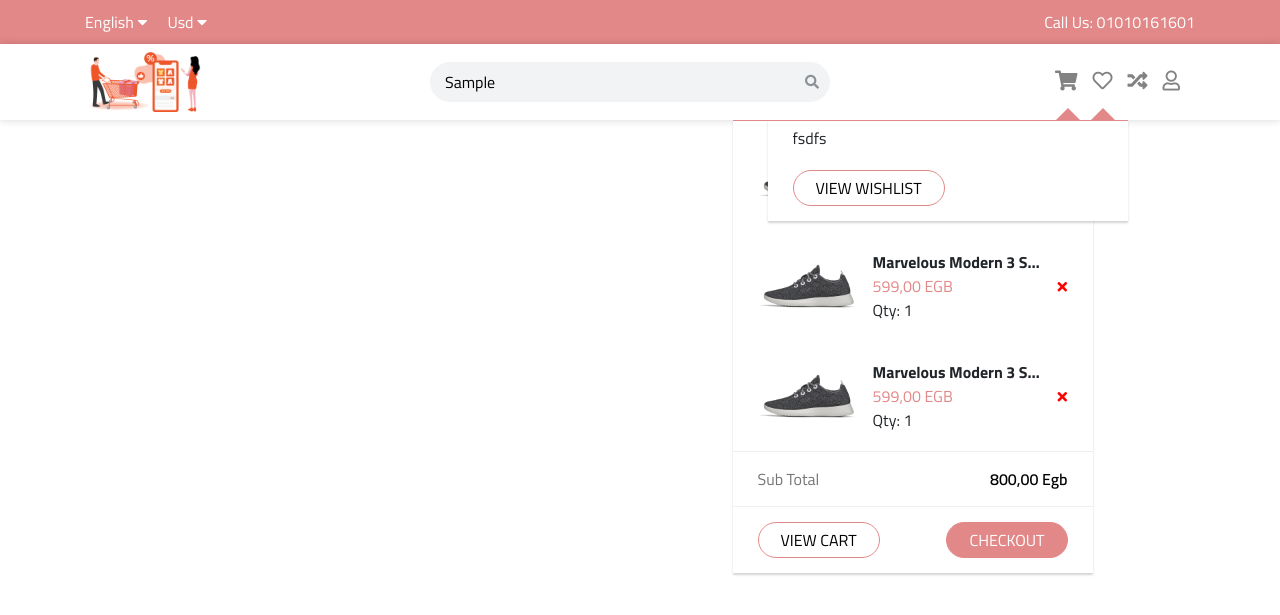
Repository: amrh20/ecommerce-temp
Page: src/index.html
An editor plug-in stored every save of this project. The page is shown before and after the next save, followed by the edit.
The browser window is 1280 px wide. The pictures show the whole page.
Empty fields were first filled with sample values (such as "Sample", 5 or name@example.com).
After loading, the first visible `div.icon_head` was clicked once.
The style sheet was rebuilt from its Sass, Less or Tailwind sources for each picture, by a compiler version that may differ from the author's.

Above is the page before, as saved 2020-01-19 10:32:16.

### src/index.html
<!DOCTYPE html>
<html lang="en" dir="ltr">

<head>
  <!-- Mobile specific metas===========================-->
  <meta charset="UTF-8">
  <meta name="viewport" content="width=device-width, initial-scale=1.0">
  <meta http-equiv="X-UA-Compatible" content="ie=edge">
  <!-- Basic page needs===========================-->
  <title>template</title>
  <!-- Favicon===========================-->
  <!-- <link rel="shortcut icon" type="image/x-icon" href="./images/fave-icon.png"> -->
  <!-- Css Base And Vendor ===========================-->
  <link rel="stylesheet" href="./vendors/bootstrap-4/css/bootstrap.min.css">
  <link rel="stylesheet" href="./vendors/fontawesome5.2/css/all.min.css">
  <link rel="stylesheet" href="./vendors/slickslider/slick.css">
  <!-- Site Style===========================-->
  <link rel="stylesheet" href="./styles/main.css">
  <!--[if lt IE 9]>
            <script src="https://oss.maxcdn.com/html5shiv/3.7.2/html5shiv.min.js"></script>
            <script src="https://oss.maxcdn.com/respond/1.4.2/respond.min.js"></script>
        <![endif]-->
</head>

<body>
  <div class="wrapper">
    <div class="body_overlay">
    <!-- start header -->
    <header>
      <div class="header">
        <!-- start top header -->
        <div class="top_header">
          <div class="container">
           <div class="top-header_content">
             <!-- dropdowns -->
            <div class="top_header-dropdowns">
              <!-- start language dropdown -->
              <div class="langauge-dropdown">
                <div class="top_header-dropdown-head">
                  <span>english</span>
                  <i class="fas fa-caret-down"></i>
                  <div class="top_header-dropdown-content">
                    <ul>
                      <li>english</li>
                      <li>french</li>
                    </ul>
                  </div>
                </div>

              </div><!-- end language dropdown -->

              <!-- start currency dropdown -->
              <div class="currency-dropdown">
                <div class="top_header-dropdown-head">
                  <span>usd</span>
                  <i class="fas fa-caret-down"></i>
                  <div class="top_header-dropdown-content">
                    <ul>
                      <li>egb</li>
                      <li>usd</li>
                    </ul>
                  </div>
                </div>

              </div><!-- end currency dropdown -->
            </div>
            <!-- contact -->
            <div class="top_header-contact">
              <p>Call Us: 01010161601</p>
            </div>

           </div>


          </div>
        </div><!-- end top header -->
        <!-- start middle haeder -->
        <div class="mid_header">
          <div class="container">
            <div class="mid_header-content">
              <!-- logo -->
              <div class="logo">
                <img src="./images/logo.png" alt="logo">
              </div>
              <!-- search -->
              <div class="search">
                <input type="text" placeholder="search">
                <i class="fas fa-search"></i>
              </div>
              <!-- icons -->
              <div class="icons">
                <div class="icon">
                  <div class="icon_head">
                    <i class="fas fa-shopping-cart"></i>
                  </div>

                  <div class="icon_Allcontent">
                    <div class="icon_details">
                      <div class="icon_content">
                        <div class="product_img">
                          <img src="./images/product-cart.png" alt="">
                        </div>
                        <div class="product_details">
                          <p class="product_name">Marvelous Modern 3 Seater</p>
                          <p class="product_price"> 599,00 <span>egb</span> </p>
                          <p>Qty: <span>1</span></p>
                        </div>
                        <div class="delete_product">
                          <i class="fa fa-times"></i>
                        </div>
                      </div>
                      <div class="icon_content">
                        <div class="product_img">
                          <img src="./images/product-cart.png" alt="">
                        </div>
                        <div class="product_details">
                          <p class="product_name">Marvelous Modern 3 Seater</p>
                          <p class="product_price"> 599,00 <span>egb</span> </p>
                          <p>Qty: <span>1</span></p>
                        </div>
                        <div class="delete_product">
                          <i class="fa fa-times"></i>
                        </div>
                      </div>
                        <div class="icon_content">
                        <div class="product_img">
                          <img src="./images/product-cart.png" alt="">
                        </div>
                        <div class="product_details">
                          <p class="product_name">Marvelous Modern 3 Seater</p>
                          <p class="product_price"> 599,00 <span>egb</span> </p>
                          <p>Qty: <span>1</span></p>
                        </div>
                        <div class="delete_product">
                          <i class="fa fa-times"></i>
                        </div>
                      </div>
                    </div>


                    <div class="icon_content-overlay">
                    </div>
                    <div class="total_price">
                      <span>sub total</span>
                      <span>800,00 egb</span>
                    </div>
                    <div class="cart_btns">
                      <button class="temp_button">view cart</button>
                      <button class="temp_button checkout_btn">checkout</button>
                    </div>
                  </div>

                </div>
                <div class="icon">
                  <div class="icon_head">
                    <i class="far fa-heart"></i>
                  </div>

                  <div class="icon_Allcontent">
                    <div class="icon_details">
                      <div class="icon_content">
                      fsdfs
                      </div>

                    </div>


                    <div class="icon_content-overlay">
                    </div>

                    <div class="cart_btns">
                      <button class="temp_button">view wishlist</button>

                    </div>
                  </div>
                </div>
                <div class="icon">
                  <i class="fa fa-random"></i>
                </div>
               <div class="icon">
                <i class="far fa-user"></i>
               </div>

              </div>
            </div>
          </div>
        </div>
        <!-- end middle haeder -->
      </div>
    </header><!-- end header -->
    </div>
  </div>

  </div>
  <!--Scripts Plugins========================-->
  <script src="./vendors/jquery/jquery-3.3.1.min.js"></script>
  <script src="./vendors/bootstrap-4/js/bootstrap.min.js"></script>
  <!-- Custom js ====================-->
  <script src="scripts/app.js"></script>
</body>

</html>

### src/scripts/app.js
$( document ).ready(function() {
    $(".icon_head").click(function(){
        $(".icon_Allcontent").toggleClass("showcontent")
    })
});


var allButtons = document.querySelectorAll('.icon_head');
console.log("Found", allButtons.length, "div which class starts with “button”.");

for (var i = 0; i < allButtons.length; i++) {
  allButtons[i].addEventListener('click', function() {
    console.clear();
    console.log("You clicked:", this.innerHTML);
  });
}

### src/styles/main.scss
/* imports sass files
========================*/
@import "../styles/variables.scss";
@import "../styles/buttons.scss";
@import "../styles/forms.scss";
@import "../styles/header.scss";
@import "../styles/base.scss";
@import "../styles/general.scss";

### src/styles/variables.scss
/* our sass varaibles
========================*/
$main-color :#e38888;
$second-color :#222222;
$icons-color :#828282;
$white: #fff;
$black : #000;
$top-header-hover :#e5e5e5;

### src/styles/buttons.scss
@import "../styles/variables.scss";

/* Buttons
==================================*/

### src/styles/forms.scss
@import "../styles/variables.scss";

/* forms
==============================*/
.form-control {
  height: 5rem;
  border: 2px solid transparent;
  border-radius: 1rem;
  box-shadow: 0 4px 10px -2px rgba(126, 173, 225, .5);
  font-size: 1.6rem;
  transition: all .3s ease-in-out;
  padding-left: 15px;

  &:focus {
    outline: none;
    box-shadow: 0 4px 10px -2px rgba(126, 173, 225, .5);
  }

  &::-webkit-input-placeholder {
    color: #7e7e7e;
    text-transform: capitalize;
    font-size: 1.4rem;
  }

  &.remove-default::-webkit-inner-spin-button,
  &.remove-default::-webkit-outer-spin-button,
  &.remove-default,
  &[type=date]::-webkit-inner-spin-button,
  &[type=date]::-webkit-outer-spin-button {
    -webkit-appearance: none;
    -moz-appearance: none;
    margin: 0;
  }

  &.remove-default::-webkit-inner-spin-button,
  &.remove-default::-webkit-outer-spin-button,
  &.remove-default,
  &[type=date] {
    -moz-appearance: textfield;
  }

}

textarea {
  height: auto;
  resize: none;
  width: 100%;
  border: 2px solid transparent;
  border-radius: 1rem;
  box-shadow: 0 4px 10px -2px rgba(126, 173, 225, .5);
  font-size: 1.6rem;
  transition: all .3s ease-in-out;
  padding: 15px;

  &:focus {
    outline: none;
    box-shadow: 0 4px 10px -2px rgba(126, 173, 225, .5);
  }
}

/*check-radio-item*/
.zvendo-check-item {
  margin-bottom: 1.5rem;
  text-align: start;

  &:last-of-type label {
    margin-left: 0;
  }

  input[type="radio"],
  input[type="checkbox"] {
    display: none;
  }

  input[type="radio"]+label,
  input[type="checkbox"]+label {
    position: relative;
    display: block;
    margin-bottom: 0;
    font-size: 1.42rem;
    text-transform: capitalize;
    color: #333232;
    cursor: pointer;
    padding-inline-start: 4rem;
  }

  input[type="radio"]+label::before,
  input[type="checkbox"]+label::before {
    position: absolute;
    content: "";
    font-family: 'Font Awesome 5 Free';
    font-weight: 900;
    display: flex;
    align-items: center;
    justify-content: center;
    font-size: 2rem;
    width: 3rem;
    height: 3rem;
    top: .5rem;
    left: 0;
    background-color: transparent;
    border: 2px solid $main-color;
    border-radius: .9rem;

    [dir="rtl"] & {
      left: auto;
      right: 0;
    }
  }

  input[type="radio"]:checked+label,
  input[type="checkbox"]:checked+label {
    color: $main-color;
  }

  input[type="radio"]:checked+label::before,
  input[type="checkbox"]:checked+label::before {
    font-family: "Font Awesome 5 Free";
    content: "\f00c";
    background-color: transparent;
    color: $main-color;
  }
}

### src/styles/header.scss
@import "../styles/variables.scss";

.header {
  // start top header
  .top_header {
    background-color: $main-color;
    color: $white;
    padding: 10px 0;
    .top-header_content {
      display: flex;
      justify-content: space-between;
      .top_header-dropdowns {
        display: flex;
        .langauge-dropdown,
        .currency-dropdown {
          position: relative;
          .top_header-dropdown-head {
            cursor: pointer;
            width: fit-content;
            text-transform: capitalize;
            .top_header-dropdown-content {
              background-color: $white;
              position: absolute;
              top: 52px;
              box-shadow: 0 0 8px 0 rgba(0, 0, 0, 0.17);
              color: $black;
              min-width: 80px;
              text-transform: capitalize;
              opacity: 0;
              visibility: hidden;
              transition: all 0.3s ease-in-out;
              ul {
                li {
                  padding: 10px;
                  cursor: pointer;
                  &:first-of-type {
                    padding-bottom: 0;
                  }
                  &:hover {
                    color: $main-color;
                  }
                }
              }
            }
            &:hover {
              .top_header-dropdown-content {
                opacity: 1;
                visibility: visible;
                top: 32px;
              }
            }
          }
        }
        .langauge-dropdown {
          margin-right: 20px;
        }
      }
    }
  }
  // start middle header
  .mid_header {
    box-shadow: 0 0 8px 0 rgba(0, 0, 0, 0.17);
    padding: 8px 0;
    .mid_header-content {
      display: flex;
      align-items: center;
      justify-content: space-between;
      .logo {
        img {
          max-height: 60px;
        }
      }
      // search
      .search {
        position: relative;
        input {
          border: 1px solid #f1f3f5;
          border-radius: 20px;
          background: #f1f3f5;
          min-width: 400px;
          padding: 7px 14px;
        }
        i {
          position: absolute;
          right: 11px;
          font-size: 14px;
          top: 50%;
          transform: translateY(-50%);
          color: #8c9196;
        }
      }
      // icons
      .icons {
        display: flex;

        i {
          font-size: 20px;
          color: $icons-color;
          cursor: pointer;
        }
        .icon {
          position: relative;
          margin-right: 15px;

          .icon_Allcontent {
            transition: all 0.3s ease-in-out;
            position: absolute;
            top: 20px;
            right: -15px;
            transition: all 0.3s ease;
            opacity: 0;
            visibility: hidden;
            box-shadow: 0 2px 2px rgba(0, 0, 0, 0.17);
            background-color: $white;
            .icon_details {
                max-height: 350px;
                overflow: auto;
            }
            &.showcontent {
              opacity: 1;
              visibility: visible;
              top: 50px;
            }
          }
          .icon_content {
            padding: 5px 25px;
            display: flex;
            min-width: 360px;
            align-items: center;
            &:first-of-type {
              border-top: 1px solid $main-color;
            }
            .product_img {
              img {
                max-height: 100px;
              }
            }
            .product_details {
              margin: 0 15px;
              .product_name {
                font-weight: 700;
                overflow: hidden;
                text-overflow: ellipsis;
                white-space: nowrap;
                max-width: 170px;
              }
              .product_price {
                text-transform: uppercase;
                color: $main-color;
              }
            }
            .delete_product {
              i {
                color: red;
                font-size: 14px;
              }
            }
          }
          .icon_content-overlay {
            border-color: #e38888 transparent;
            border-style: solid;
            border-width: 0 12px 12px;
            height: 0;
            width: 0;
            top: -12px;
            right: 13px;
            position: absolute;
          }
          .total_price {
            display: flex;
            justify-content: space-between;
            padding: 15px 25px;
            text-transform: capitalize;
            border-top: 1px solid #eee;
            border-bottom: 1px solid #eee;
            span {
              &:first-of-type {
                color: #757575;
              }
              &:nth-of-type(2) {
                color: #010101;
                font-weight: 600;
              }
            }
          }
          .cart_btns {
            display: flex;
            justify-content: space-between;
            padding: 15px 25px;
            .checkout_btn {
                background-color: $main-color;
                color: $white;
                &:hover {
                    color: $main-color;
                    background-color: $white;
                }
            }
          }
        }
      }
    }
  }
}

### src/styles/base.scss
@import "../styles/variables.scss";

/* General elements
======================*/
*,p {
  margin: 0;
  padding: 0;
}
*,
*:focus {
  outline: none !important;
}

.highlightClass {
  color: $main-color;
}
/*import fonts
========================*/
@import url('https://fonts.googleapis.com/css?family=Ubuntu:400,700');

@font-face {
  font-family: Cairo;
  font-style: normal;
  src: local('Cairo Regular'), local('Cairo-Regular'), url("../fonts/Cairo/Cairo-Regular.ttf");
  font-display: swap;
  font-weight: 400;
}
@font-face {
  font-family: Cairo;
  font-style: normal;
  src: local('Cairo Cairo-SemiBold'), local('Cairo-Cairo-SemiBold'), url("../fonts/Cairo/Cairo-SemiBold.ttf");
  font-display: swap;
  font-weight: 600;
}
@font-face {
  font-family: Cairo;
  font-style: normal;
  src: local('Cairo Bold'), local('Cairo-Bold'), url("../fonts/Cairo/Cairo-Bold.ttf");
  font-display: swap;
  font-weight: 700;
}
/*body-layout
========================*/
html {
  font-size: 62.5%;
  overflow-x: hidden;
}
body {
  font-family: 'Cairo',  sans-serif;
  font-size: 1.6rem;

  [dir=rtl] & {
    direction: rtl;
    text-align: right;
  }
}

.wrapper {
  position: relative;
  width: 100%;
}
/* Links
==================*/
a {
  color: inherit;
  &:hover,
  &:focus {
    text-decoration: none;
    transition: all .3s ease-in-out;
    color: inherit;
  }
}
/* Images
============================*/
img {
  // display: block;
  max-width: 100%;
  height: auto;
}

// list items
ul {
  list-style: none;
  margin: 0;
}

/* inputs
============================*/

### src/styles/general.scss
// .showbody_overlay {
//     top: 0;
//     left: 0;
//     right: 0;
//     bottom: 0;
//     opacity: .5;
//     z-index: 1;
//     position: fixed;
//     visibility: visible;
//     background: rgba(0, 0, 0, 0.5);
//     transition: all .3s ease-in-out;
// }

// .opacity_zaro {
//     opacity: 0;
// }
// .opacity_one {
//     opacity: 1;
//     top: 50px !important;
// }

// .whitecolor {
//     color: #fff !important;
// }

// buttons
.temp_button {
    color: $black;
    padding: 5px 22px;
    border-radius: 18px;
    vertical-align: top;
    display: inline-block;
    background: transparent;
    border: 1px solid $main-color;
    text-transform: uppercase;
    cursor: pointer;
    transition: all .3s ease-in-out;
    &:hover {
        background-color: $main-color;
        color: $white;
    }
}

Loaded but not shown: src/vendors/bootstrap-4/css/bootstrap.min.css (library); src/vendors/fontawesome5.2/css/all.min.css (library); src/vendors/slickslider/slick.css (common file); src/vendors/jquery/jquery-3.3.1.min.js (library); src/vendors/bootstrap-4/js/bootstrap.min.js (library)

After the next save:
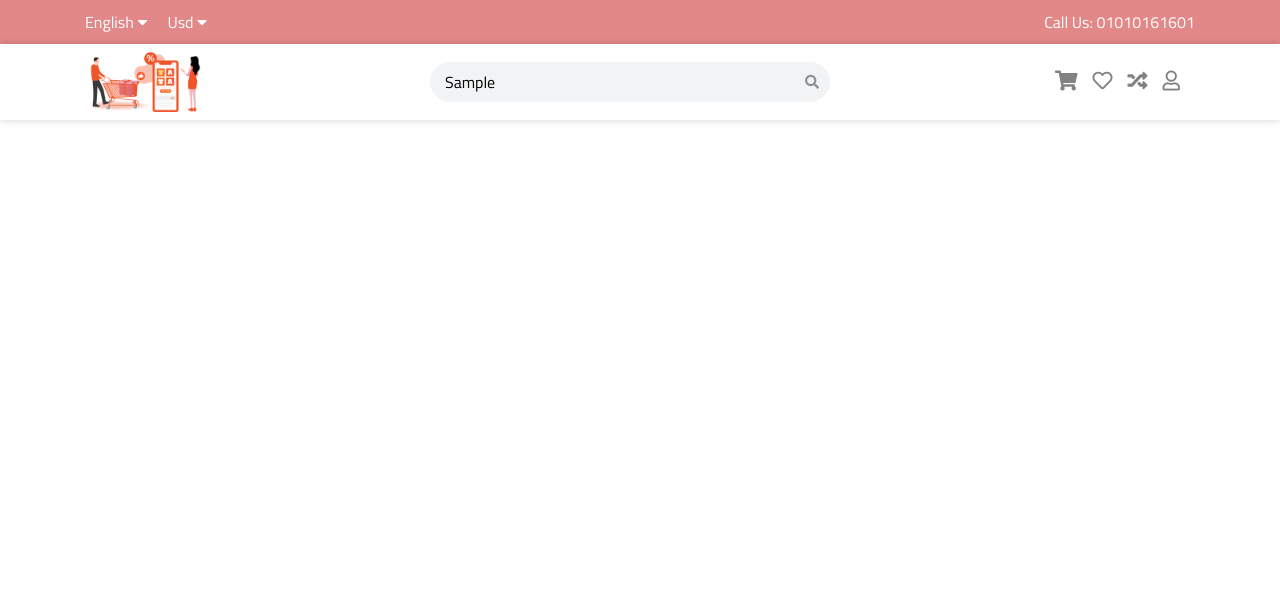
Saved 21 s later.
--- a/src/scripts/app.js
+++ b/src/scripts/app.js
@@ -11,6 +11,6 @@
 for (var i = 0; i < allButtons.length; i++) {
   allButtons[i].addEventListener('click', function() {
     console.clear();
-    console.log("You clicked:", this.innerHTML);
+    $(".icon_Allcontent").toggleClass("showcontent")
   });
 }

After the 2 saves that followed:
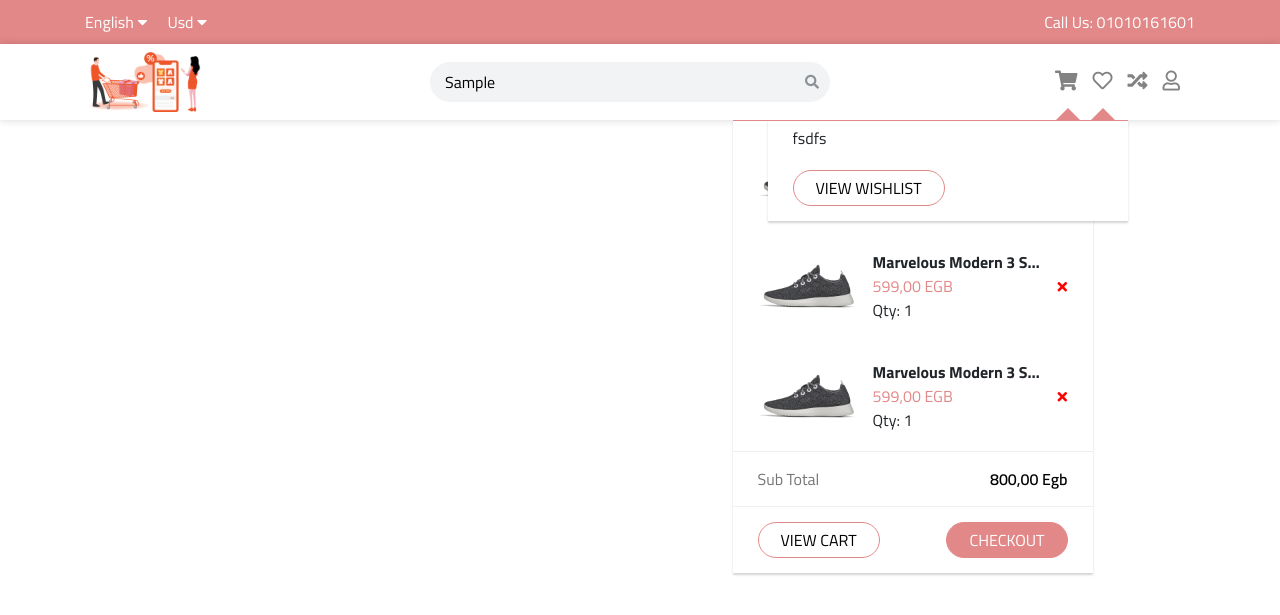
The 2 saves are shown as one change because 1 left the picture as it was.
The last was saved 31 s later.
--- a/src/scripts/app.js
+++ b/src/scripts/app.js
@@ -11,6 +11,6 @@
 for (var i = 0; i < allButtons.length; i++) {
   allButtons[i].addEventListener('click', function() {
     console.clear();
-    $(".icon_Allcontent").toggleClass("showcontent")
+    console.log("You clicked:", this.innerHTML);
   });
 }
